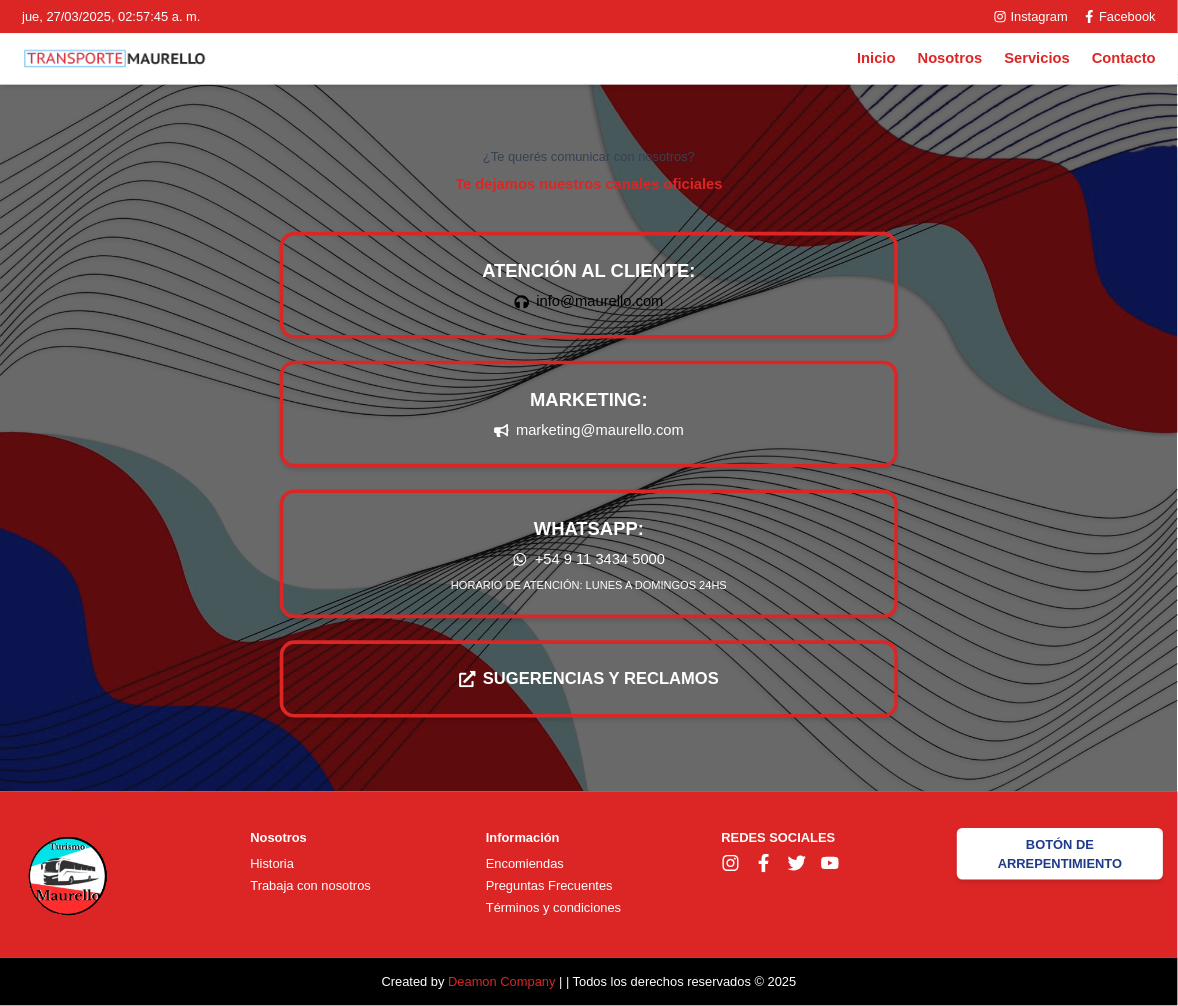
Repository: francoluca35/empresacolectivo
Page: /Contacto
The author's editor kept a copy of each file at every save. The page is drawn from the files as they stood at one save, then again after the next save.
The browser window is 1280 px wide. The pictures show the whole page, at 92% of full size.
The project was rebuilt for these pictures with package versions that can differ from the ones it lists, and the page was loaded fresh each time. The framework's server and built-in components were replaced by stand-ins that run in the browser. Also part of the build but not shown: next.config.js, next.config.mjs.

Above is the page before, as saved 2025-03-27 03:09:24.

### src/app/layout.js
import { Inter } from "next/font/google";
import "./globals.css"

const inter = Inter({
  subsets: ["latin"],
  variable: "--font-inter",
});

export const metadata = {
  title: "Create Next App",
  description: "Generated by create next app",
};

export default function RootLayout({ children }) {
  return (
    <html lang="en">
      <body className={inter.variable}>
        {children}
      </body>
    </html>
  );
}

### src/app/Contacto/page.js
"use client";
import { FaHeadphones, FaBullhorn, FaWhatsapp, FaExternalLinkAlt } from "react-icons/fa";
import Navbar from "../Component/Navbar";
import Footer from "../Component/Footer";

export default function Contacto() {
  return (
    <>
    <Navbar />
    <section
  className="bg-white bg-cover bg-center bg-no-repeat mt-20 md:mt-20 py-20 px-6 text-center"
  style={{
    backgroundImage: "url('/Assets/fondo-contacto.png')", // con / delante porque está en /public
  }}
>



      <p className="text-gray-700 text-sm mb-2">¿Te querés comunicar con nosotros?</p>
      <h2 className="text-red-600 font-semibold mb-10">
        Te dejamos nuestros canales oficiales
      </h2>

      <div className="max-w-2xl mx-auto flex flex-col gap-6 ">
        {/* Atención al cliente */}
        <div className="border-4 border-red-600 rounded-2xl py-6 px-4 shadow-md hover:bg-white  ">
          <h3 className="text-xl text-white font-bold mb-2 ">ATENCIÓN AL CLIENTE:</h3>
          <p className="text-whirw flex justify-center items-center gap-2 ">
            <FaHeadphones /> info@maurello.com
          </p>
        </div>

        {/* Marketing */}
        <div className="border-4 border-red-600 rounded-2xl py-6 px-4 shadow-md hover:bg-white">
          <h3 className="text-xl text-white font-bold mb-2 ">MARKETING:</h3>
          <p className="text-white flex justify-center items-center gap-2 ">
            <FaBullhorn /> marketing@maurello.com
          </p>
        </div>

        {/* WhatsApp */}
        <div className="border-4 border-red-600 rounded-2xl py-6 px-4 shadow-md hover:bg-white">
          <h3 className="text-xl text-white font-bold mb-2 ">WHATSAPP:</h3>
          <p className="text-white flex justify-center items-center gap-2 mb-2 ">
            <FaWhatsapp /> +54 9 11 3434 5000
          </p>
          <p className="text-xs text-white ">HORARIO DE ATENCIÓN: LUNES A DOMINGOS 24HS</p>
        </div>

        {/* Sugerencias y Reclamos */}
        <div className="border-4 border-red-600 rounded-2xl py-6 px-4 shadow-md cursor-pointer hover:bg-red-50 transition">
          <a
            href="#sugerencias"
            className="flex justify-center items-center gap-2 text-white font-bold text-lg"
          >
            <FaExternalLinkAlt /> SUGERENCIAS Y RECLAMOS
          </a>
        </div>
      </div>
    </section>
    <Footer />
    </>
  );
}

### src/app/globals.css
@tailwind base;
@tailwind components;
@tailwind utilities;

@media (prefers-color-scheme: dark) {
  :root {
    --background: #4b4141;
    --foreground: #ededed;
  }
}

html,
body {
  max-width: 100vw;
  overflow-x: hidden;
}

body {
  color: var(--foreground);
  background: var(--background);
  font-family: Arial, Helvetica, sans-serif;
  -webkit-font-smoothing: antialiased;
  -moz-osx-font-smoothing: grayscale;
}

* {
  box-sizing: border-box;
  padding: 0;
  margin: 0;
}

a {
  color: inherit;
  text-decoration: none;
}

@media (prefers-color-scheme: dark) {
  html {
    color-scheme: dark;
  }
}

### src/app/Component/Navbar.js
"use client";
import Link from "next/link";
import Image from "next/image";
import { useState, useEffect } from "react";
import { useRouter } from "next/navigation";
import { FaBars, FaTimes, FaFacebookF, FaInstagram } from "react-icons/fa";

export default function Navbar() {
  const [isOpen, setIsOpen] = useState(false);
  const [time, setTime] = useState("");
  const router = useRouter(); // 👈 Hook para navegación

  const toggleMenu = () => {
    setIsOpen(!isOpen);
  };

  const goTo = (ruta) => {
    setIsOpen(false); // Cierra el menú móvil si está abierto
    router.push(ruta); // Navega a la ruta
  };

  useEffect(() => {
    const updateTime = () => {
      const now = new Date();
      const formatted = now.toLocaleString("es-AR", {
        weekday: "short",
        day: "2-digit",
        month: "2-digit",
        year: "numeric",
        hour: "2-digit",
        minute: "2-digit",
        second: "2-digit",
      });
      setTime(formatted);
    };

    updateTime();
    const interval = setInterval(updateTime, 1000);
    return () => clearInterval(interval);
  }, []);

  return (
    <div className="fixed top-0 left-0 w-full z-50">
      {/* Barra superior */}
      <div className="w-full bg-red-600 text-white text-sm py-2 px-6 flex flex-col md:flex-row md:justify-between md:items-center">
        <div className="text-center md:text-right font-medium">{time}</div>

        <div className="flex justify-center md:justify-start items-center space-x-4 mb-1 md:mb-0">
          <a
            href="https://www.instagram.com/tu_usuario"
            target="_blank"
            rel="noopener noreferrer"
            className="flex items-center space-x-1 hover:text-blue-400"
          >
            <FaInstagram className="text-white" />
            <span>Instagram</span>
          </a>
          <a
            href="https://www.facebook.com/tu_usuario"
            target="_blank"
            rel="noopener noreferrer"
            className="flex items-center space-x-1 hover:text-blue-400"
          >
            <FaFacebookF className="text-white" />
            <span>Facebook</span>
          </a>
        </div>
      </div>

      {/* Navbar principal */}
      <nav className="w-full bg-white text-white shadow-md">
        <div className="max-w-7xl mx-auto px-6 py-4 flex justify-between items-center">
          <img
            src="Assets/navbar.png"
            alt="Maurello S.A Logo"
            width={200}
            height={50}
            priority
          />

          {/* Navegación desktop */}
          <div className="hidden md:flex space-x-6 font-semibold">
            <button onClick={() => goTo("/")} className="hover:text-blue-400 transition text-red-600">Inicio</button>
            <button onClick={() => goTo("/About")} className="hover:text-blue-400 transition text-red-600">Nosotros</button>
            <button onClick={() => goTo("/Servicios")} className="hover:text-blue-400 transition text-red-600">Servicios</button>
            <button onClick={() => goTo("/Contacto")} className="hover:text-blue-400 transition text-red-600">Contacto</button>
          </div>

          {/* Botón hamburguesa */}
          <div className="md:hidden">
            <button onClick={toggleMenu} className="text-red-600">
              {isOpen ? <FaTimes className="h-6 w-6" /> : <FaBars className="h-6 w-6" />}
            </button>
          </div>
        </div>

        {/* Navegación móvil */}
        {isOpen && (
          <div className="md:hidden bg-white py-4 px-6">
            <div className="flex flex-col space-y-4">
              <button onClick={() => goTo("/")} className="hover:text-blue-400 transition text-red-600">Inicio</button>
              <button onClick={() => goTo("/About")} className="hover:text-blue-400 transition text-red-600">Nosotros</button>
              <button onClick={() => goTo("/Servicios")} className="hover:text-blue-400 transition text-red-600">Servicios</button>
              <button onClick={() => goTo("/Contacto")} className="hover:text-blue-400 transition text-red-600">Contacto</button>
            </div>
          </div>
        )}
      </nav>
    </div>
  );
}

### src/app/Component/Footer.js
import {
  FaInstagram,
  FaFacebookF,
  FaTwitter,
  FaYoutube,
} from "react-icons/fa";

export default function Footer() {
  return (
    <div>
      <footer className="bg-red-600 text-white py-10 px-4">
        <div className="max-w-7xl mx-auto grid grid-cols-1 md:grid-cols-5 gap-8 items-start text-sm">
          {/* Logo */}
          <div className="flex flex-col items-start">
            <img src="Assets/footer.png" alt="Logo" className="w-28" />
          </div>

          {/* Nosotros */}
          <div>
            <h4 className="font-bold mb-2">Nosotros</h4>
            <ul className="space-y-1">
              <li><a href="#" className="hover:underline">Historia</a></li>
              <li><a href="#" className="hover:underline">Trabaja con nosotros</a></li>
            </ul>
          </div>

          {/* Información */}
          <div>
            <h4 className="font-bold mb-2">Información</h4>
            <ul className="space-y-1">
              <li><a href="#" className="hover:underline">Encomiendas</a></li>
              <li><a href="#" className="hover:underline">Preguntas Frecuentes</a></li>
              <li><a href="#" className="hover:underline">Términos y condiciones</a></li>
            </ul>
          </div>

          {/* Redes Sociales */}
          <div>
            <h4 className="font-bold mb-2">REDES SOCIALES</h4>
            <div className="flex space-x-4 text-white text-xl">
              <a href="#"><FaInstagram /></a>
              <a href="#"><FaFacebookF /></a>
              <a href="#"><FaTwitter /></a>
              <a href="#"><FaYoutube /></a>
            </div>
          </div>

          {/* Botón de arrepentimiento */}
          <div className="flex justify-start md:justify-end">
            <button className="bg-white text-blue-900 px-4 py-2 rounded-md font-bold shadow-md text-sm">
              BOTÓN DE ARREPENTIMIENTO
            </button>
          </div>
        </div>
      </footer>

      {/* Derechos reservados */}
      <div className="text-center p-4 text-sm text-white bg-black">
      <span>Created by <a className="text-red-600 hover:text-[15px]" href="https://deamondd.com" target="_blank">Deamon Company</a></span> | | Todos los derechos reservados © 2025
      </div>
    </div>
  );
}

### tailwind.config.js
module.exports = {
  content: [
    "./src/app/**/*.{js,ts,jsx,tsx}",
    "./src/components/**/*.{js,ts,jsx,tsx}"
  ],
  theme: {
    extend: {},
  },
  plugins: [],
};

After the next save:
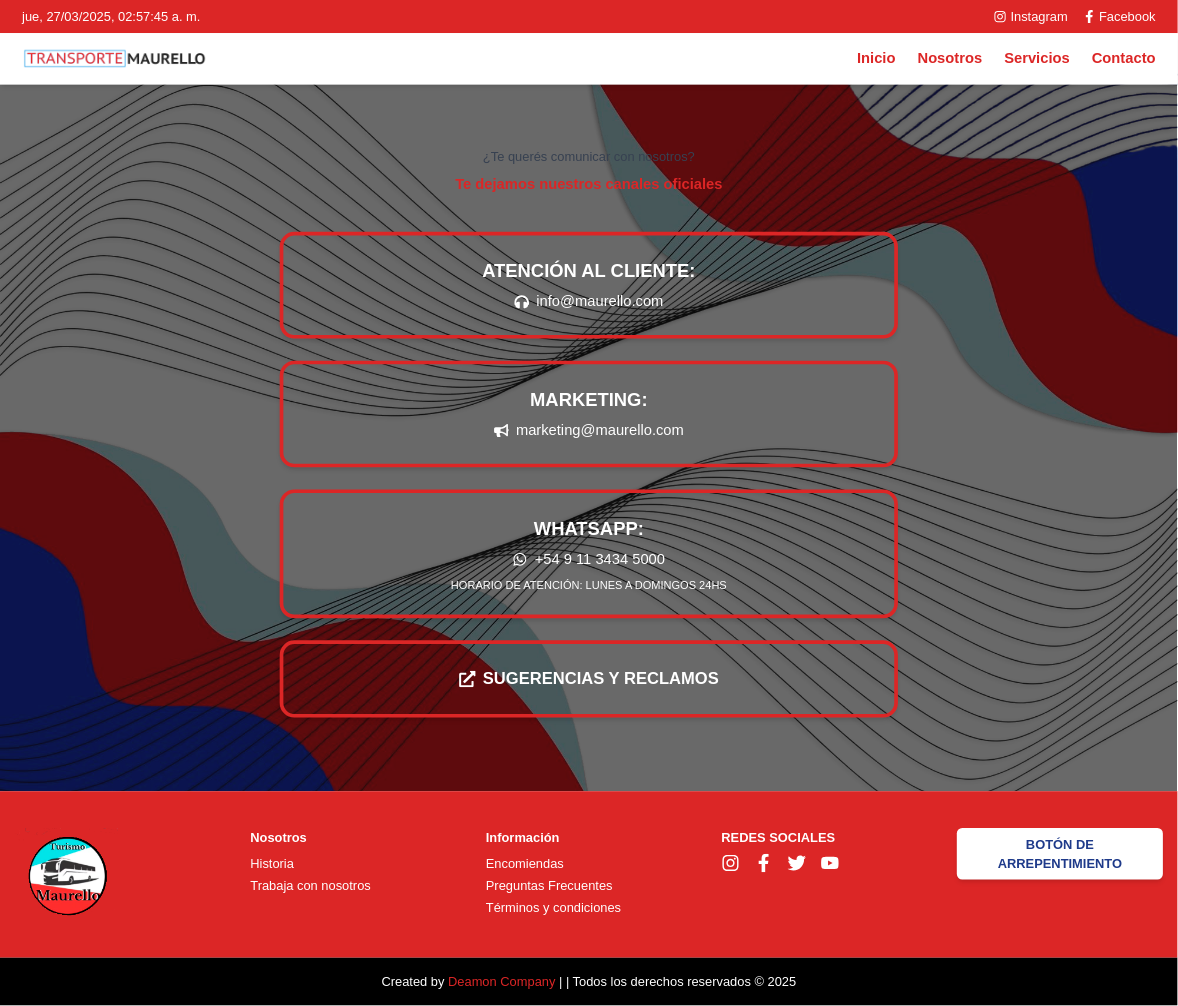
Saved 97 s later.
--- a/src/app/Contacto/page.js
+++ b/src/app/Contacto/page.js
@@ -23,39 +23,46 @@
 
       <div className="max-w-2xl mx-auto flex flex-col gap-6 ">
         {/* Atención al cliente */}
-        <div className="border-4 border-red-600 rounded-2xl py-6 px-4 shadow-md hover:bg-white  ">
-          <h3 className="text-xl text-white font-bold mb-2 ">ATENCIÓN AL CLIENTE:</h3>
-          <p className="text-whirw flex justify-center items-center gap-2 ">
-            <FaHeadphones /> info@maurello.com
-          </p>
-        </div>
+        <div className="group border-4 border-red-600 rounded-2xl py-6 px-4 shadow-md hover:bg-white transition">
+  <h3 className="text-xl text-white font-bold mb-2 group-hover:text-black">ATENCIÓN AL CLIENTE:</h3>
+  <p className="text-white flex justify-center items-center gap-2 group-hover:text-black">
+    <FaHeadphones /> info@maurello.com
+  </p>
+</div>
+
+
 
         {/* Marketing */}
-        <div className="border-4 border-red-600 rounded-2xl py-6 px-4 shadow-md hover:bg-white">
-          <h3 className="text-xl text-white font-bold mb-2 ">MARKETING:</h3>
-          <p className="text-white flex justify-center items-center gap-2 ">
-            <FaBullhorn /> marketing@maurello.com
-          </p>
-        </div>
+        <div className="group border-4 border-red-600 rounded-2xl py-6 px-4 shadow-md hover:bg-white transition">
+  <h3 className="text-xl text-white font-bold mb-2 group-hover:text-black">MARKETING:</h3>
+  <p className="text-white flex justify-center items-center gap-2 group-hover:text-black">
+    <FaBullhorn /> marketing@maurello.com
+  </p>
+</div>
+
 
         {/* WhatsApp */}
-        <div className="border-4 border-red-600 rounded-2xl py-6 px-4 shadow-md hover:bg-white">
-          <h3 className="text-xl text-white font-bold mb-2 ">WHATSAPP:</h3>
-          <p className="text-white flex justify-center items-center gap-2 mb-2 ">
-            <FaWhatsapp /> +54 9 11 3434 5000
-          </p>
-          <p className="text-xs text-white ">HORARIO DE ATENCIÓN: LUNES A DOMINGOS 24HS</p>
-        </div>
+        <div className="group border-4 border-red-600 rounded-2xl py-6 px-4 shadow-md hover:bg-white transition">
+  <h3 className="text-xl text-white font-bold mb-2 group-hover:text-black">WHATSAPP:</h3>
+  <p className="text-white flex justify-center items-center gap-2 mb-2 group-hover:text-black">
+    <FaWhatsapp /> +54 9 11 3434 5000
+  </p>
+  <p className="text-xs text-white group-hover:text-black">
+    HORARIO DE ATENCIÓN: LUNES A DOMINGOS 24HS
+  </p>
+</div>
+
 
         {/* Sugerencias y Reclamos */}
-        <div className="border-4 border-red-600 rounded-2xl py-6 px-4 shadow-md cursor-pointer hover:bg-red-50 transition">
-          <a
-            href="#sugerencias"
-            className="flex justify-center items-center gap-2 text-white font-bold text-lg"
-          >
-            <FaExternalLinkAlt /> SUGERENCIAS Y RECLAMOS
-          </a>
-        </div>
+        <div className="group border-4 border-red-600 rounded-2xl py-6 px-4 shadow-md cursor-pointer hover:bg-white transition">
+  <a
+    href="#sugerencias"
+    className="flex justify-center items-center gap-2 text-white font-bold text-lg group-hover:text-black"
+  >
+    <FaExternalLinkAlt /> SUGERENCIAS Y RECLAMOS
+  </a>
+</div>
+
       </div>
     </section>
     <Footer />
